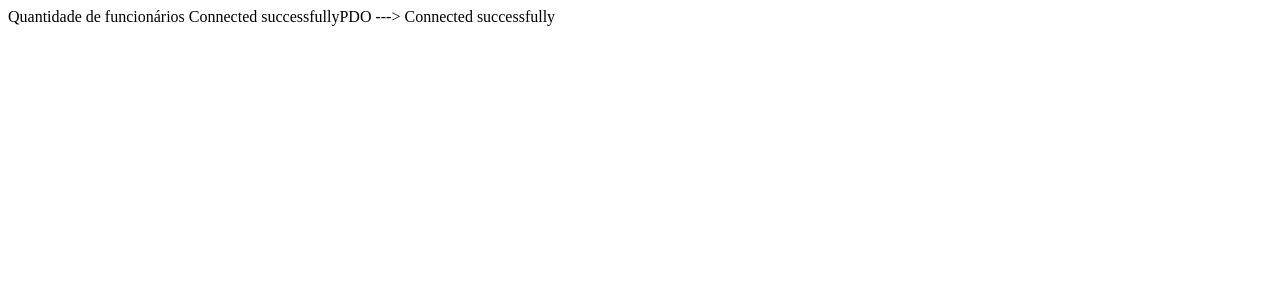
Repository: raphaelLacerda/estudos
Page: http://localhost/php/banco.php
An editor plug-in stored every save of this project. The page is shown before and after the next save, followed by the edit.
The browser window is 1280 px wide. The pictures show the whole page.
The page is run by PHP 8.4 with error messages shown; the project is at /var/www/html/.

Above is the page before, as saved 2017-08-18 16:10:37.

After the next save:
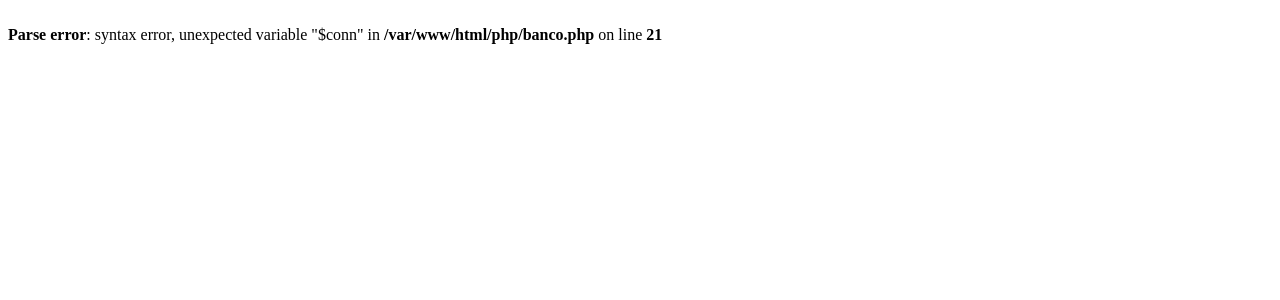
Saved 3 min 35 s later.
--- a/php/banco.php
+++ b/php/banco.php
@@ -16,6 +16,7 @@
 $username = "root";
 $password = "root";
 
+$dsada
 // Create connection
 $conn = new mysqli($servername, $username, $password);
 

After the save that followed:
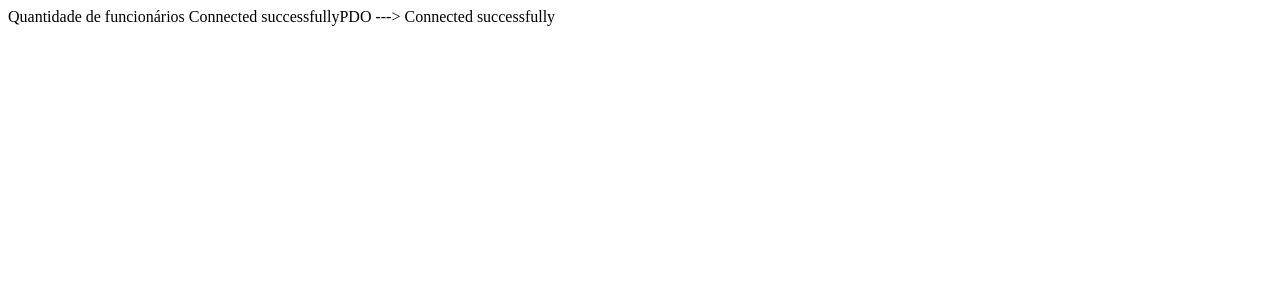
Saved 7 s later.
--- a/php/banco.php
+++ b/php/banco.php
@@ -16,7 +16,6 @@
 $username = "root";
 $password = "root";
 
-$dsada
 // Create connection
 $conn = new mysqli($servername, $username, $password);
 
